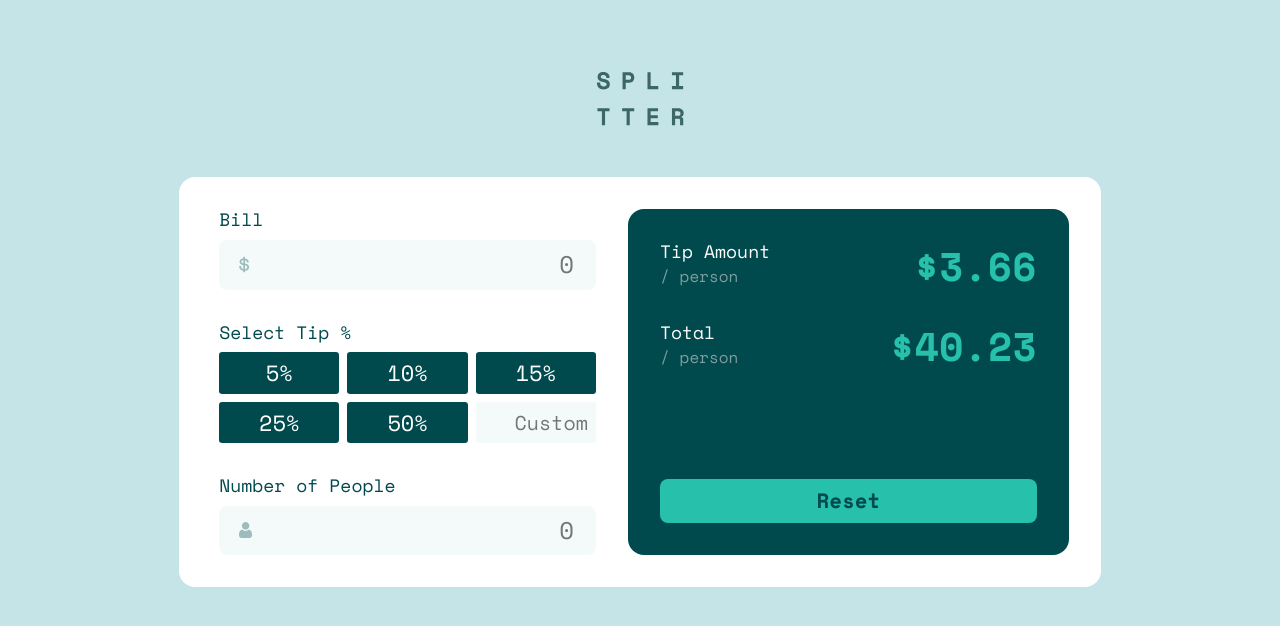
Repository: Jay-JYKim91/FM_tip-calculator
Page: index.html
An editor plug-in stored every save of this project. The page is shown before and after the next save, followed by the edit.
The browser window is 1280 px wide. The pictures show the whole page.

Above is the page before, as saved 2021-12-21 22:54:47.

After the next save:
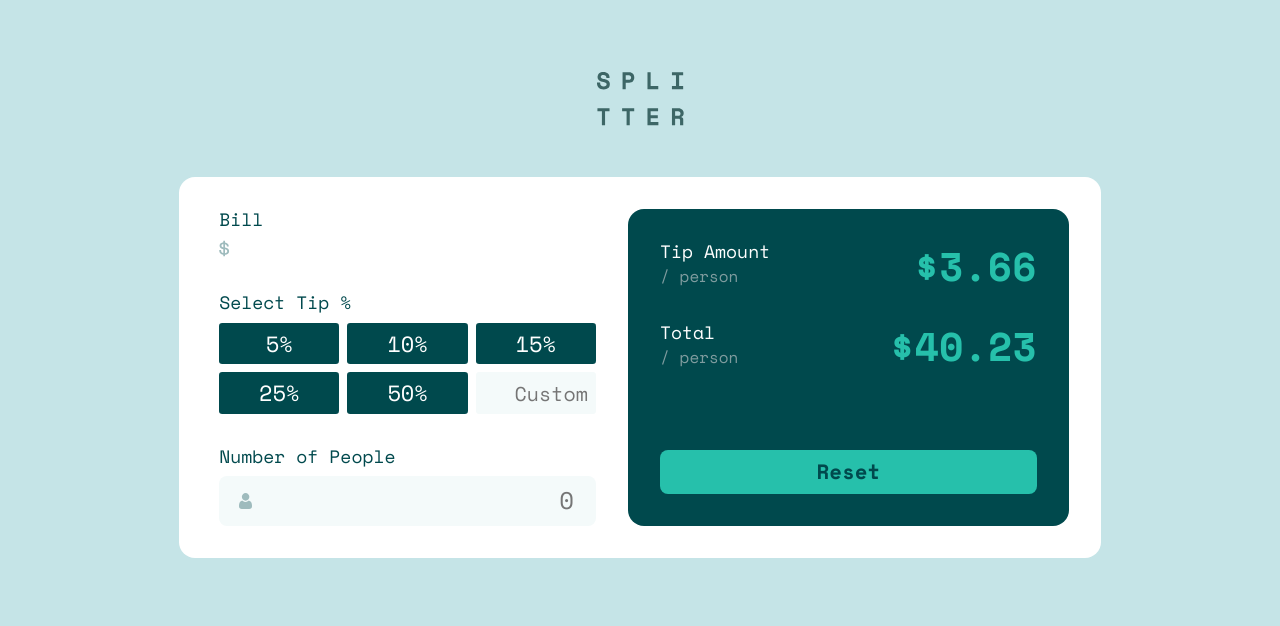
Saved 37 h 53 min later.
--- a/index.html
+++ b/index.html
@@ -24,9 +24,9 @@
       <article class="input_wrapper">
         <div>
           <p class="title">Bill</p>
-          <div class="input_form">
+          <!-- <div class="input_form"> -->
             <img src="./images/icon-dollar.svg" alt="dollar">
-            <input type="tel" placeholder="0">
+            <!-- <input type="tel" placeholder="0"> -->
           </div>
         </div>
         <div>
